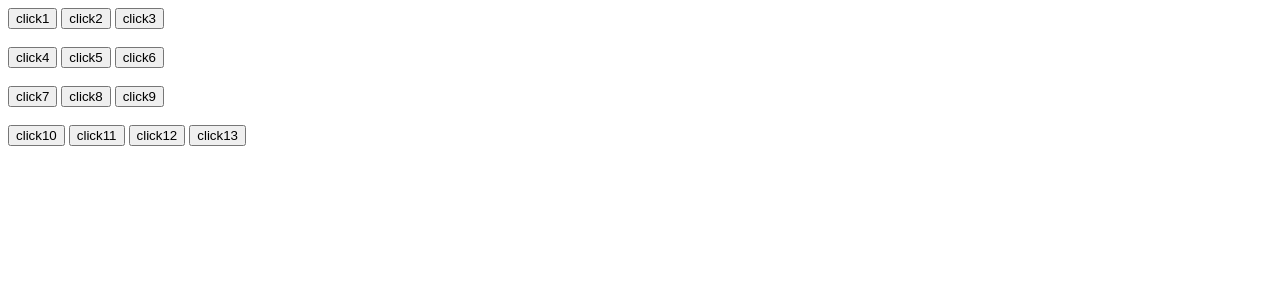
Repository: mirror-neuron/JsonStudy
Page: JsonApp01/WebContent/JsonTest10.html
These files come from the project's save history. The page is drawn as it stood at one moment and after a run of saves; the edit follows.
The browser window is 1280 px wide. The pictures show the whole page.

Above is the page before, as saved 2019-05-31 07:02:25.

After the next 3 saves:
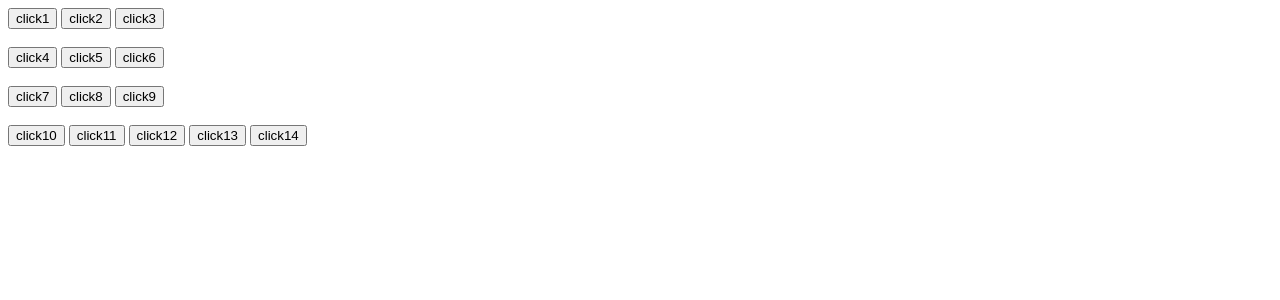
The 3 saves are shown as one change because they came seconds apart.
The last was saved 36 s later.
--- a/JsonApp01/WebContent/JsonTest10.html
+++ b/JsonApp01/WebContent/JsonTest10.html
@@ -56,6 +56,7 @@
 	<!-- string -->
 	<input type="button" value="click13" onclick="alert(typeof obj6_1[1])" />
 	<!-- string -->
-
+	<input type="button" value="click14" onclick="alert(obj6_1[0] + obj6_1[1])" />
+	<!--  -->
 
 </form>
